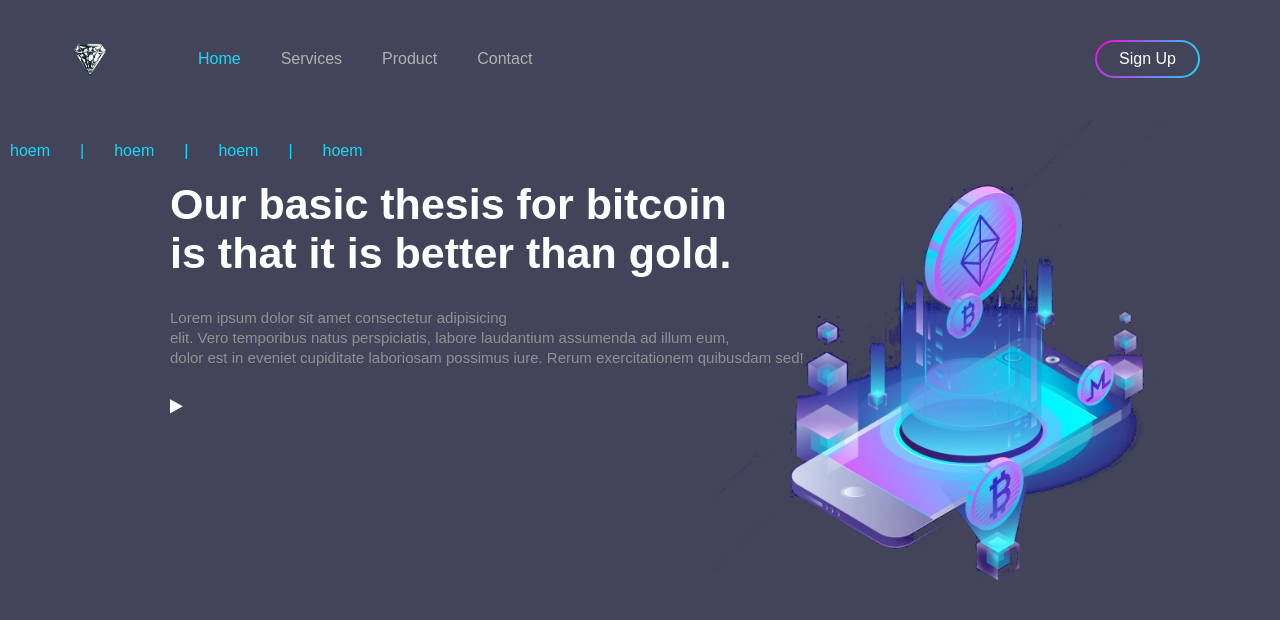
Repository: Aakarshit-Sharma19/Basic-HTML-and-CSS-Page-
Page: index.html
These files come from the project's save history. The page is drawn as it stood at one moment and after the next save; the edit follows.
The browser window is 1280 px wide. The pictures show the whole page.
The pointer rests on the first visible `.test`.

Above is the page before, as saved 2020-11-10 16:38:47.

After the next save:
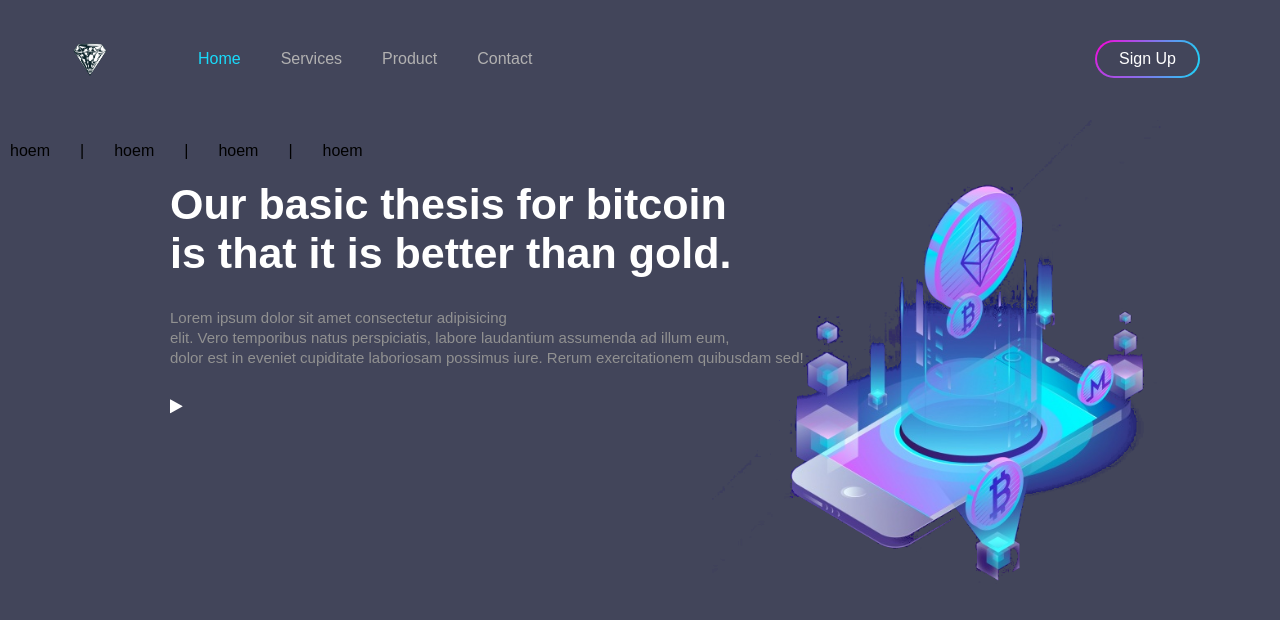
Saved 7 s later.
--- a/style.css
+++ b/style.css
@@ -108,6 +108,6 @@ body{
     padding: 10px;
 }
 
-.test:hover{
+.test li:hover{
     color: #19d7f8;
 }
